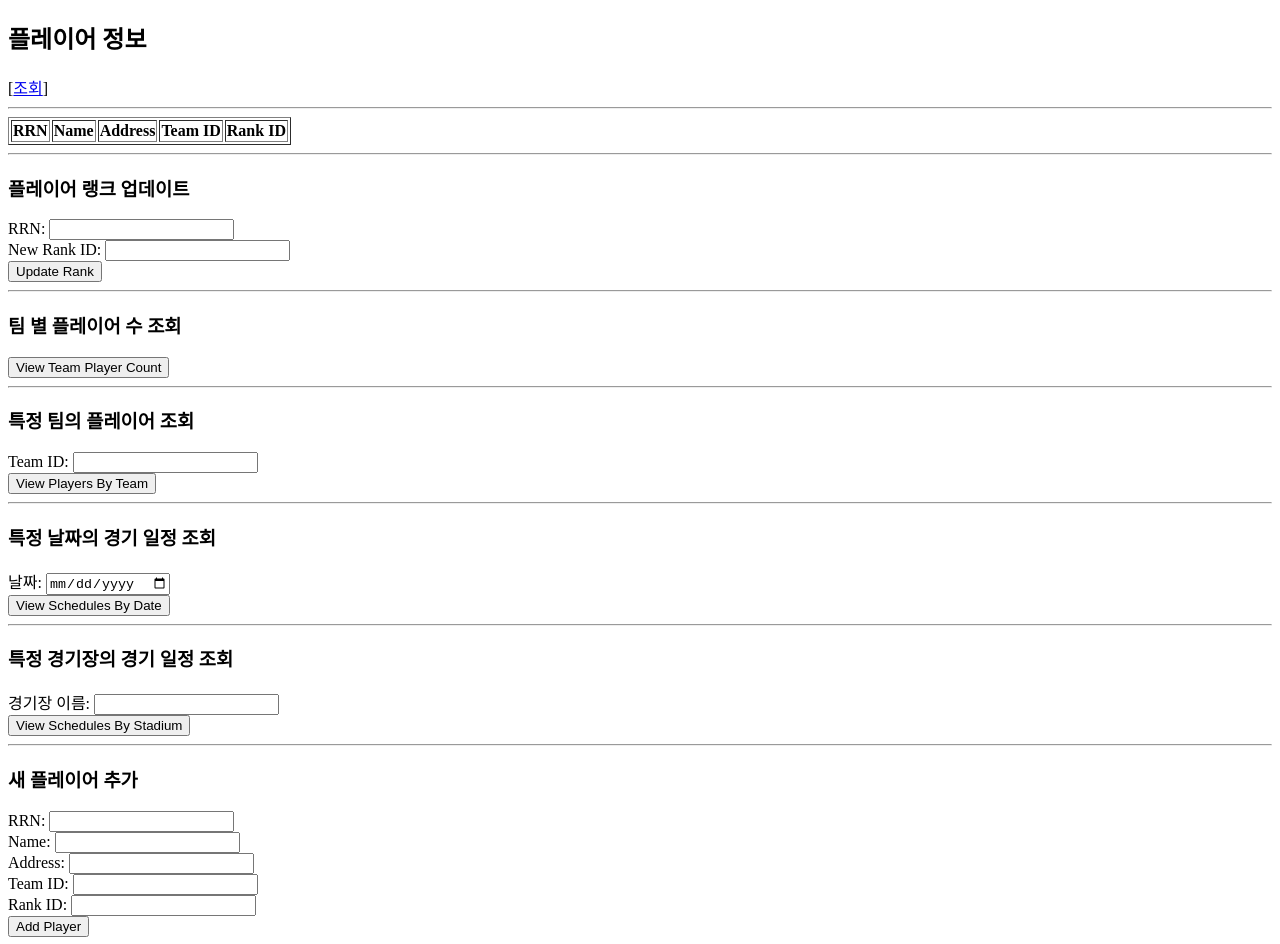
Repository: HappiKing/KNU_Database_ORACLE
Page: http://localhost/gg/playerControl?action=list
An editor plug-in stored every save of this project. The page is shown before and after the next save, followed by the edit.
The browser window is 1280 px wide. The pictures show the whole page.
The page is served by Tomcat 9. Queries for data that is not in the repository find no rows.

Above is the page before, as saved 2024-06-17 17:17:03.

After the next save:
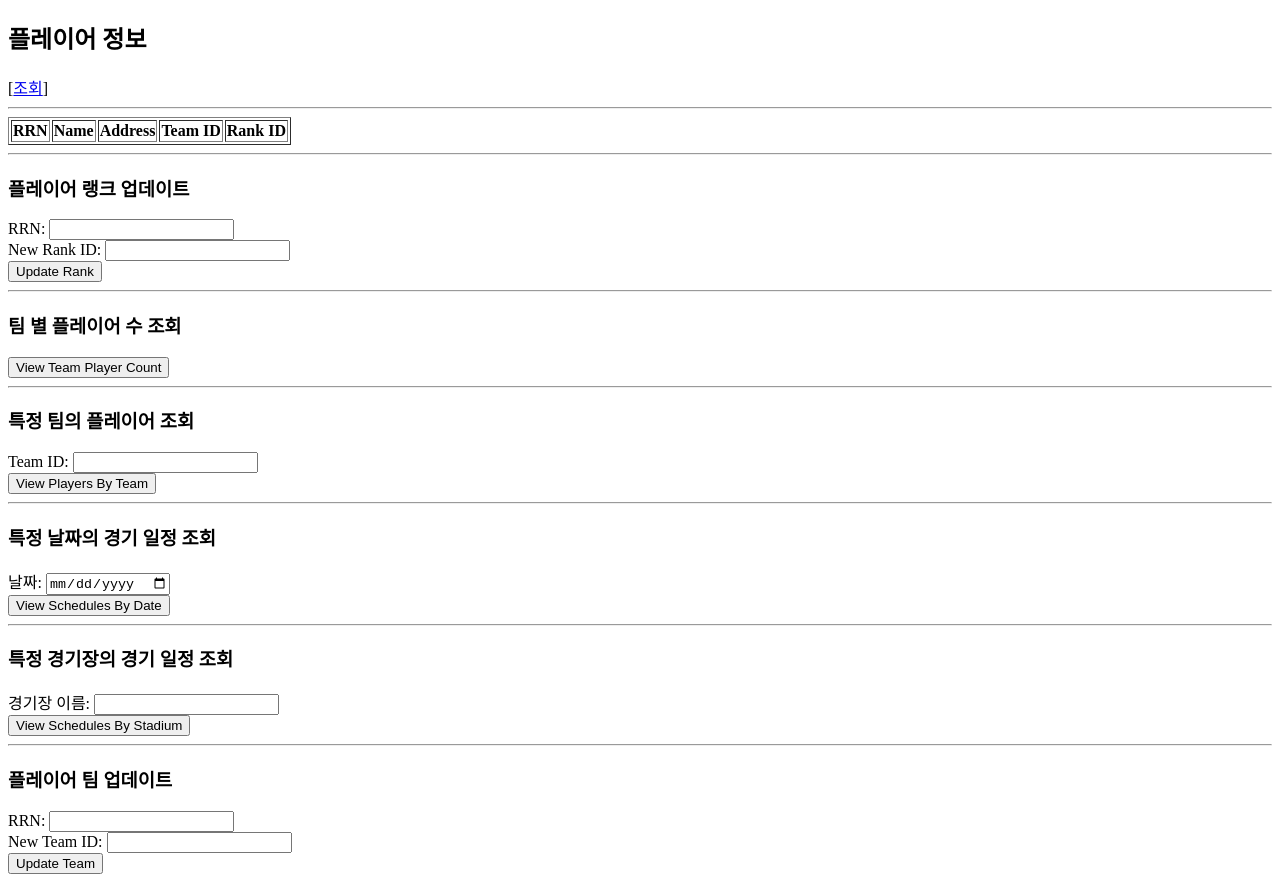
Saved 106 s later.
--- a/DB_futsal/test/gg/src/main/webapp/futsal/playerInfo.jsp
+++ b/DB_futsal/test/gg/src/main/webapp/futsal/playerInfo.jsp
@@ -71,15 +71,12 @@
   </form>
   <hr>
 
-  <h3>새 플레이어 추가</h3>
+  <h3>플레이어 팀 업데이트</h3>
   <form action="/gg/playerControl" method="post">
-    <input type="hidden" name="action" value="addPlayer">
-    RRN: <input type="text" name="RRN" required><br>
-    Name: <input type="text" name="NAME" required><br>
-    Address: <input type="text" name="ADDRESS" required><br>
-    Team ID: <input type="text" name="TEAM_ID" required><br>
-    Rank ID: <input type="text" name="RANK_ID" required><br>
-    <input type="submit" value="Add Player">
+    <input type="hidden" name="action" value="updateTeam">
+    RRN: <input type="text" name="rrn" required><br>
+    New Team ID: <input type="text" name="newTeamId" required><br>
+    <input type="submit" value="Update Team">
   </form>
 
 
